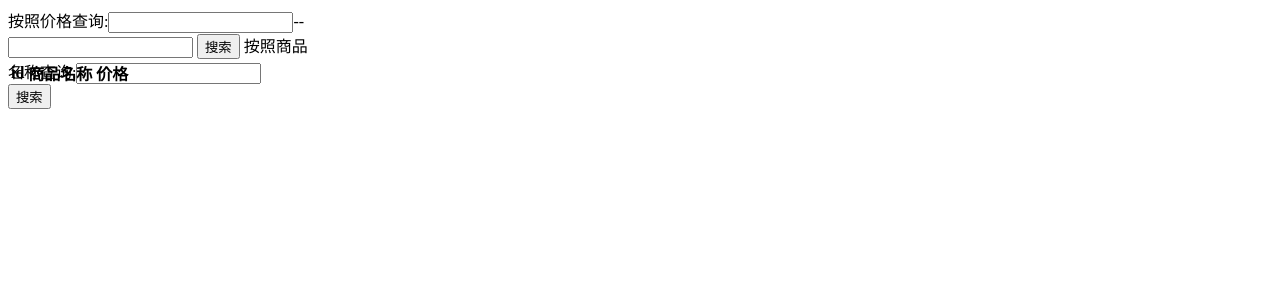
Repository: ldqml/project
Page: jsgaoji/chaxunshangpin.html
The author's editor kept a copy of each file at every save. The page is drawn from the files as they stood at one save, then again after the next save.
The browser window is 1280 px wide. The pictures show the whole page.

Above is the page before, as saved 2022-07-15 17:52:43.

After the next save:
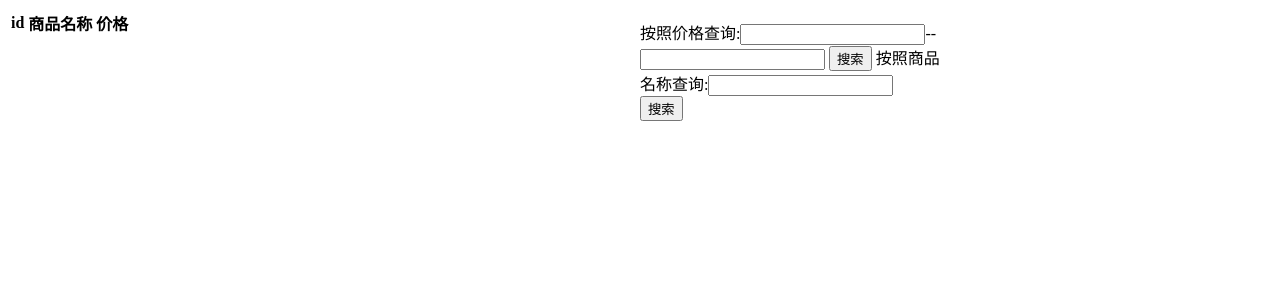
Saved 52 s later.
--- a/jsgaoji/chaxunshangpin.html
+++ b/jsgaoji/chaxunshangpin.html
@@ -9,6 +9,9 @@
         .sousuo{
             width: 300px;
             height: 50px;
+            position: absolute;
+            top: 20px;
+            left: 50%;
         }
     </style>
 </head>
